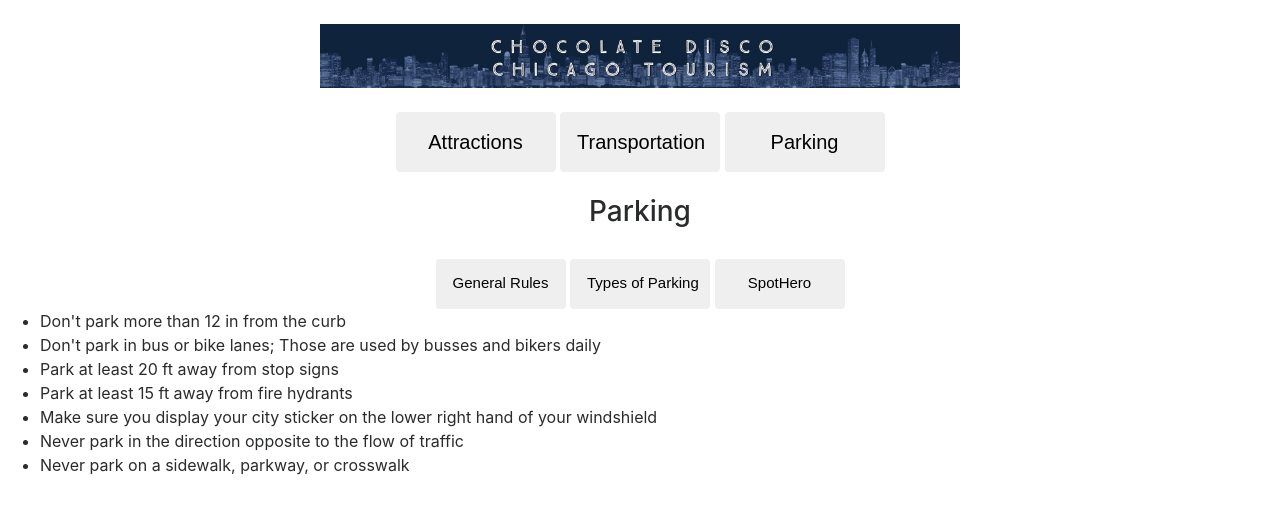
Repository: rkodit2/cs422project
Page: parking.html
The author's editor kept a copy of each file at every save. The page is drawn from the files as they stood at one save, then again after the next save.
The browser window is 1280 px wide. The pictures show the whole page.

Above is the page before, as saved 2021-11-03 19:58:15.

### parking.html
<!DOCTYPE html>
<html>
    <head>
        <title>Chocolate Disco Chicago Tourism</title>
        <link rel="stylesheet" href=
        "https://maxcdn.bootstrapcdn.com/bootstrap/4.0.0-alpha.6/css/bootstrap.css">
        <link rel="stylesheet" href="homepage.css">

    </head>
    <body>

        <br>
        <div id="banner">
          <img src="pictures/banner3.jpg" alt="mainpage banner" class = "center" onclick="location.href='homepage.html';">
        </div>

         <br>
        <div class= "button-center">
            <button type ="button" id="Attractions" class="btn" onclick="location.href='attractions.html';" style="width: 160px; height: 60px; font-size: 20px;"> Attractions </button>
            <button type ="button" id="Transportation" class="btn" onclick="location.href='transportation.html';" style="width: 160px; height: 60px; font-size: 20px"> Transportation </button>
            <button type ="button" id="Parking" class="btn" onclick="location.href='parking.html';" style="width: 160px; height: 60px; font-size: 20px;"> Parking </button>
        </div>
        <br>
        <h3 style="text-align: center;"> Parking </h2>
        <br>

        <div class= "button-center">
                <button type ="button" id="Attractions" class="btn" onclick="location.href='#';" style="width: 130px; height: 50px; font-size: 15px;"> General Rules </button>
                <button type ="button" id="Transportation" class="btn" onclick="location.href='#';" style="width: 140px; height: 50px; font-size: 15px"> Types of Parking </button>
                <button type ="button" id="Parking" class="btn" onclick="location.href='#';" style="width: 130px; height: 50px; font-size: 15px;"> SpotHero </button>
            </div>

            <ul>
                <li>Don't park more than 12 in from the curb</li>

                <li>Don't park in bus or bike lanes; Those are used by busses and bikers daily</li>

                <li>Park at least 20 ft away from stop signs</li>

                <li>Park at least 15 ft away from fire hydrants </li>

                <li>Make sure you display your city sticker on the lower right hand of your windshield</li>

                <li>Never park in the direction opposite to the flow of traffic</li>

                <li>Never park on a sidewalk, parkway, or crosswalk</li>
            </ul>

    </body>
</html>

### homepage.css
.button-center {
    text-align: center;
  }

.viewMore {
    display: flex;
    vertical-align: middle;
}
.center {
  display: block;
  margin-left: auto;
  margin-right: auto;
  width: 50%;
}
.gmap{
  display: flex;
  vertical-align: middle;
}

After the next save:
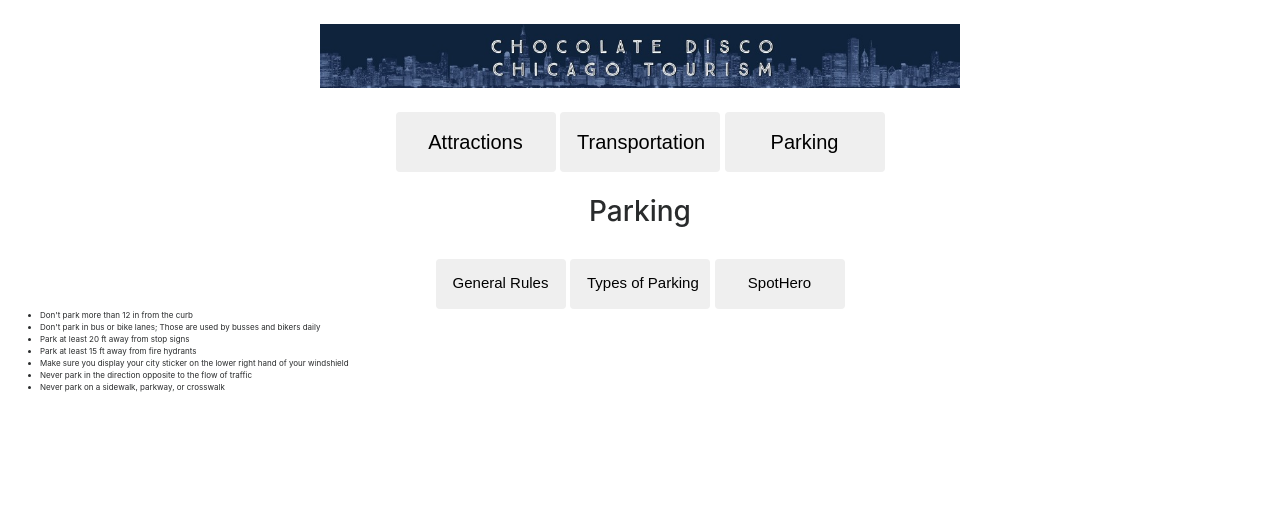
Saved 88 s later.
--- a/homepage.css
+++ b/homepage.css
@@ -16,3 +16,7 @@
   display: flex;
   vertical-align: middle;
 }
+
+ul li{
+  font-size:8px;
+ }
